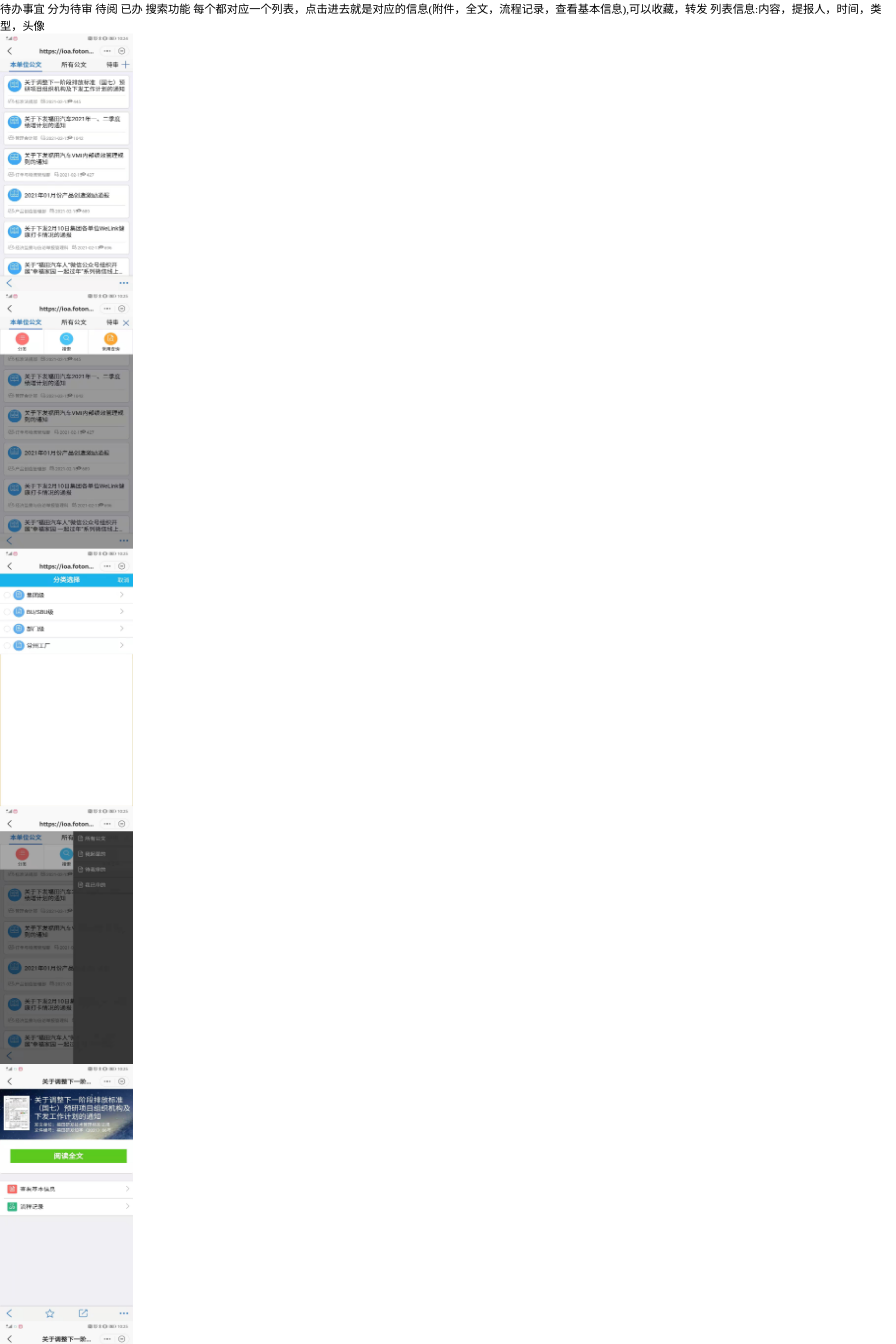
Repository: ch230/2021
Page: A.html
These files come from the project's save history. The page is drawn as it stood at one moment and after the next save; the edit follows.
The browser window is 1280 px wide. The pictures show the part of the page from y = 0 to 1920 px (the page is 11676 px tall before and 11772 px after), at 70% of full size.

Above is the page before, as saved 2021-02-15 14:38:21.

After the next save:
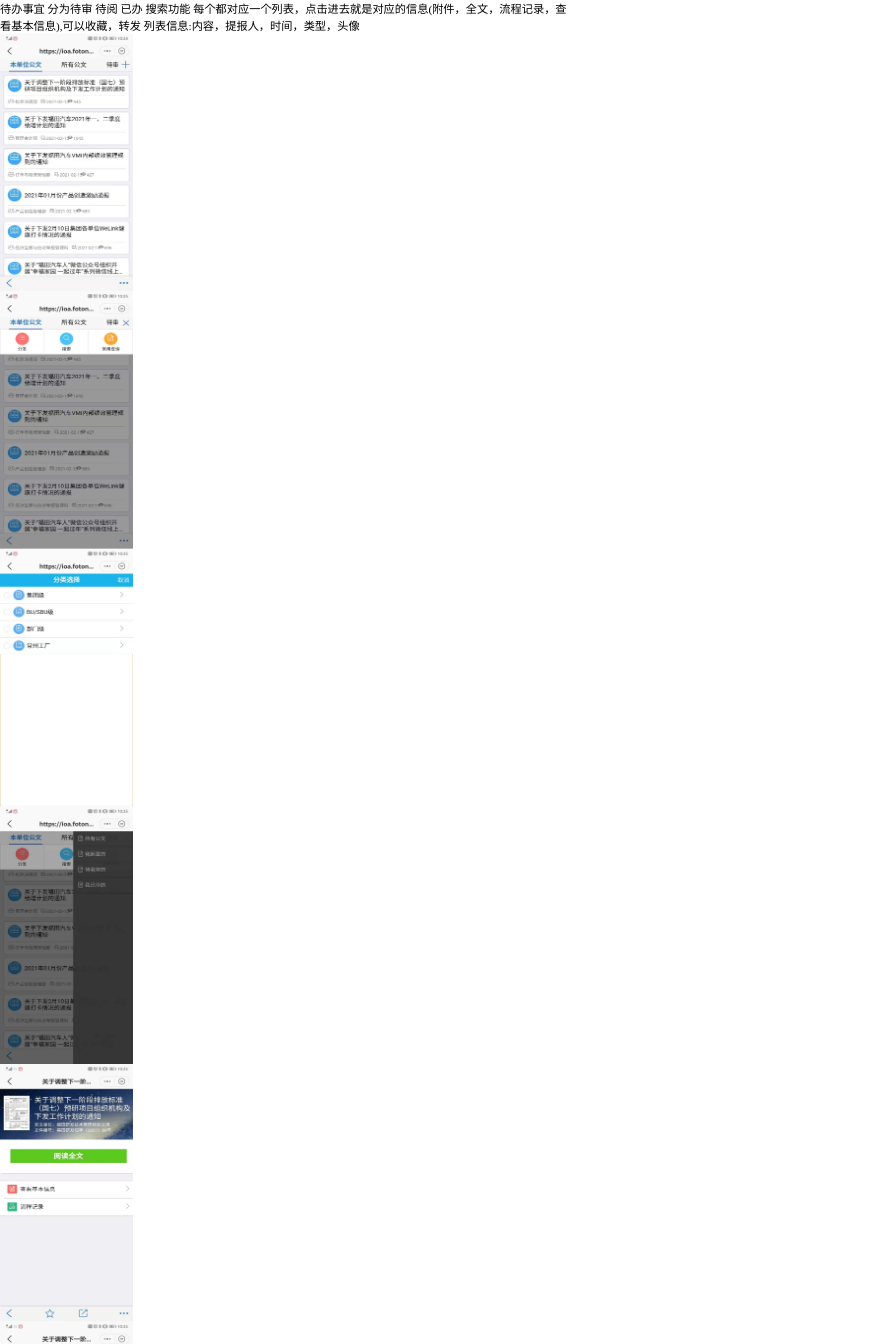
Saved 3 min 18 s later.
--- a/A.html
+++ b/A.html
@@ -17,6 +17,11 @@
         width: 100%;
       }
       #items {
+        height: auto;
+        width: 80%;
+      }
+      #items div {
+        width: 80%;
       }
       #items ul {
       }
